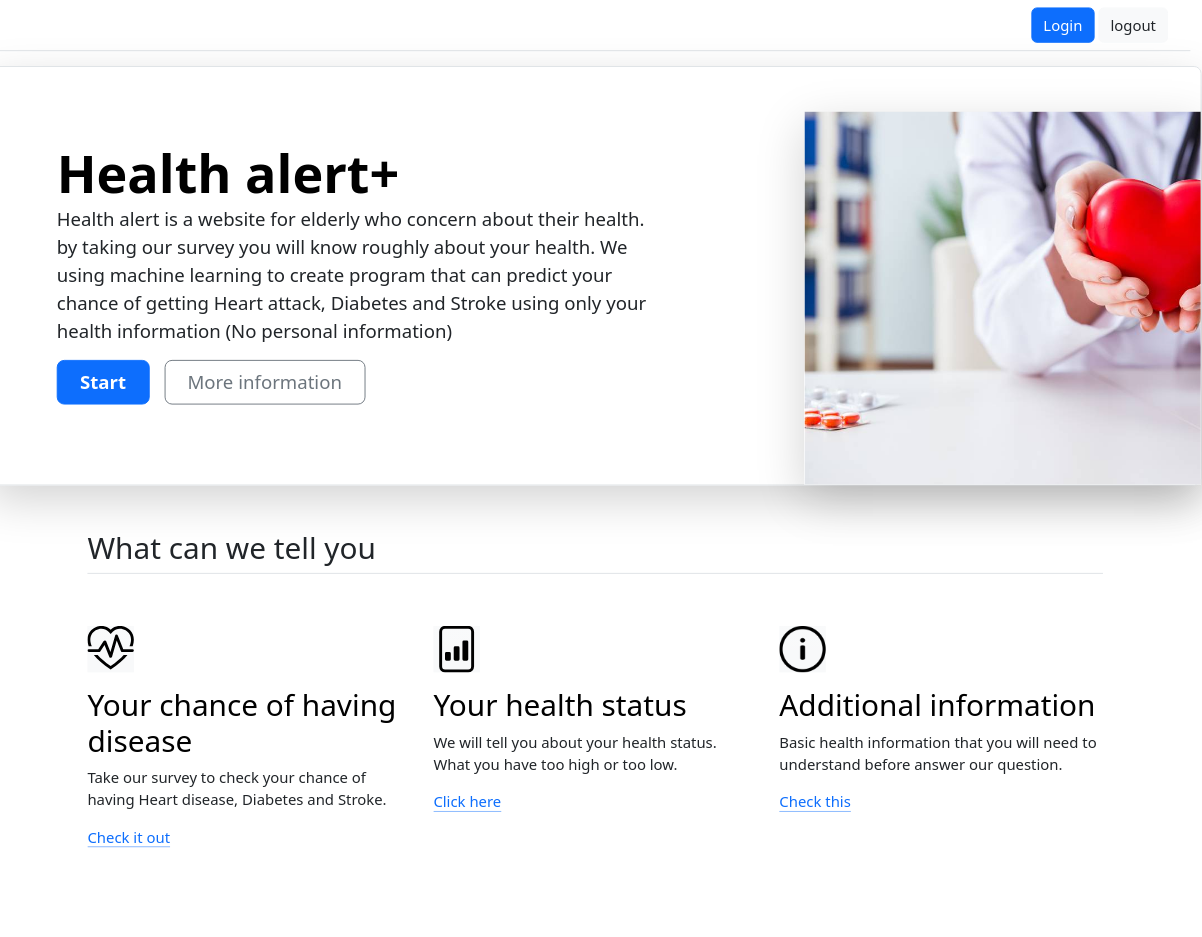
Repository: aneforollll/webapp
Page: http://localhost/index.php
An editor plug-in stored every save of this project. The page is shown before and after the next save, followed by the edit.
The browser window is 1280 px wide. The page is 1292 px wide, so the pictures cover 1292 px, including what lies to the right of the window. The pictures show the whole page, at 93% of full size.
The page is run by PHP 8.4 with error messages shown; the project is at /var/www/html/.

Above is the page before, as saved 2024-01-15 10:47:11.

After the next save:
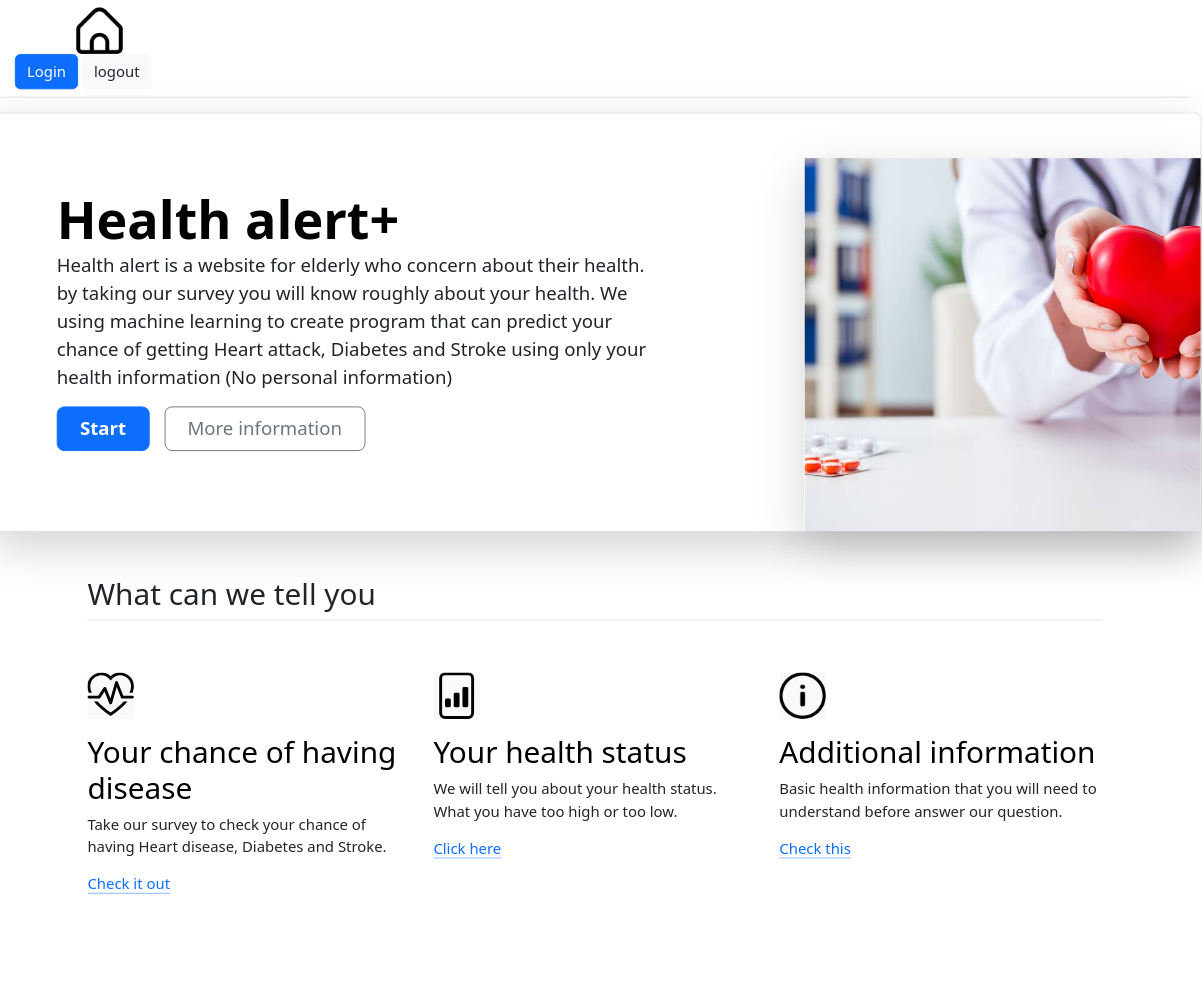
Saved 69 s later.
--- a/index.php
+++ b/index.php
@@ -10,9 +10,11 @@
 
   <div class="px-3 py-2 border-bottom mb-3">
       <div class="container d-flex flex-wrap justify-content-center">
-        <div col align></div>
+        <div class="col align-self-start">
+          <img src="images/home.png" width="50px">
+        </div>
       </div>
-        <div class="text-end">
+        <div class="align-self-end">
           <button type="button" class="btn btn-primary">Login</button>
           <button type="button" class="btn btn-light text-dark me-2">logout</button>
         </div>
